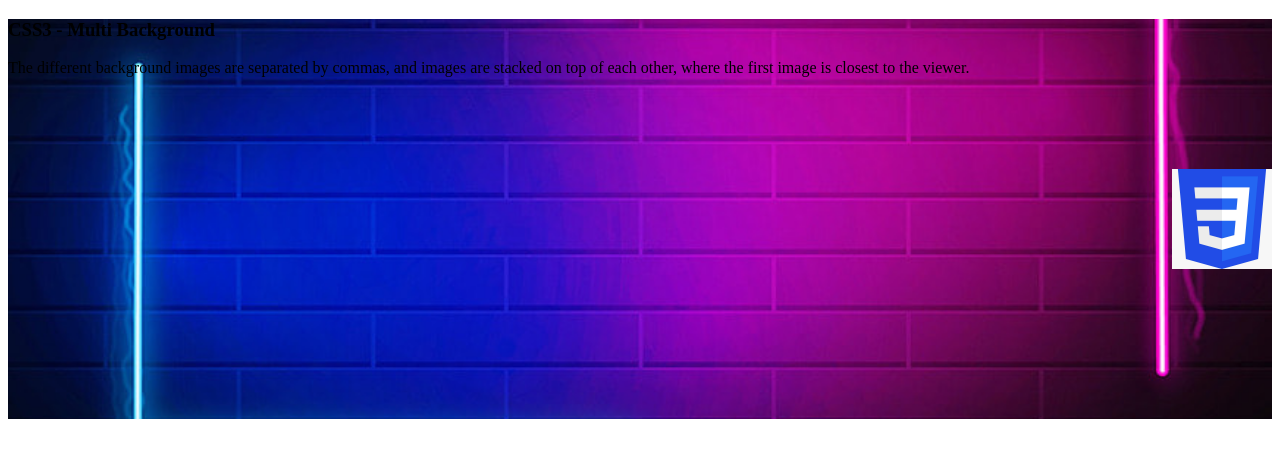
Repository: Pema-yangki/Css
Page: fed.html
An editor plug-in stored every save of this project. The page is shown before and after a run of saves, followed by the edit.
The browser window is 1280 px wide. The pictures show the whole page.

Above is the page before, as saved 2024-03-22 10:42:19.

### fed.html
<!-- <!DOCTYPE html>
<html lang="en">
<head>
    <meta charset="UTF-8">
    <meta name="viewport" content="width=device-width, initial-scale=1.0">
    <title>Document</title>
    <style>
        h1[name="greetings"]{
            color: brown;
        }
        h1[name ="king"]{
            color:aqua
        }
        h1[name="okay"]{
            color:blueviolet
        }
    </style> -->
    <!-- <style>
        table{
            border: 1px solid black;
            /* border-collapse: separate; */
            border-spacing: 15px;

        }

        table, th, td{
            border: 1px solid black;
            /* border-collapse: collapse; */

        }
    </style>
</head>
<body> -->
   <!-- <h1 name = "greetings">hello</h1>
   <h1 name = "king" >hi</h1>
   <h1 name = "okay">bye</h1> -->
   <!-- <table>
    <tr>
        <th>Name</th>
        <th>College</th>
        <th>Specialization</th>
    </tr>
    <tr>
        <td>kinley</td>
        <td >GCIT</td>
        <td>Full stack</td>
    </tr>
    <tr>
        <td>Pema</td>
        <td>GCIT</td>
        <td>AI</td>
    </tr>
    <tr>
        <td>yangki</td>
        <td>GCIT</td>
        <td>Blockchain</td>
    </tr>
    </table> -->

    <!-- <table>
      <thead>
        table rows
      </thead>
      <tfoot>
        table rows
      </tfoot>
      <tbody>
        table rows
      </tbody>
    </table>
</body>
</html>  -->


<!-- time table -->
<!-- <!DOCTYPE html>
<html lang="en">
<head>
    <meta charset="UTF-8">
    <meta name="viewport" content="width=device-width, initial-scale=1.0">
    <title>Document</title>
    <style>
        table.programs{
            background: white;
            border: 15px outset rgb(250, 246, 246);
            border-collapse:collapse;
            font-family: 'Times New Roman', Times, serif;
            width: 100%;
        }
        table.programs tr{
            height: 25px;
        }
        table.programs th, table.programs td{
            border: 1px solid rgb(243, 235, 235);
            padding: 5px;
            vertical-align: top;
        }
        col.timeColumn {
            background: rgb(170, 144, 59);
            width: 10%;
        }
        col.wDayColumns {
            background: rgb(201, 123, 6);
        }
        col.wEndColumns {
        background: rgb(187, 172, 90);
        width: 17.5%;
        }
        table.programs caption {
        caption-side: bottom;
        text-align: center;
        }
        table.programs thead{
        color:white;
        background-color: rgb(177, 112, 16);
        }
        table.programs thead th:first-of-type{
        color:white;
        background-color: rgb(174, 184, 38);
        }
table.programs thead th:nth-of-type(7),
table.programs thead th:nth-of-type(8) {
color:white;
background-color: rgb(153, 125, 0);
}
table.programs tfoot{
color:white;
background-color: black;
}



        </style>
</head>

<body>
    <table class="programs">
        <caption>full stack daily shedule</caption>
        <colgroup>
        <col class="timeColumn">
        <col class="wDayColumns" span="5">
        <col class="wEndColumns" span="2">
        </colgroup>
        <thead>
            <tr>
                <th>Time</th>
                <th>Mon</th>
                <th>Tue</th>
                <th>Wed</th>
                <th>Thu</th>
                <th>Fri</th>
                <th>Sat</th>
                <th>Sun</th>
            </tr>
        </thead>

        <tfoot>
            <tr>
                <td colspan="8">
                    GCIT Full Stack Program daily shedule ends its activities at 9:30
                </td>
            </tr>
        </tfoot>
        <tbody>
            <tr>
                <th>5:30 Am</th>
                    <td rowspan="1" colspan="5">Good Morning/Lazy Morning</td>
                    <td rowspan="4" colspan="1">Slow Weekends</td>
                    <td rowspan="2" colspan="1">Sunday Morning</td>

            </tr>
            <tr>
                <th>5:30 AM </th>
                    <td rowspan="3" colspan="5">Start Your Engine!</td>

            </tr>
            <tr>
                <th>6:00 AM </th>
                    <td rowspan="2" colspan="1">Weekend Yoga</td>

            </tr>
            <tr>
                <th>6:30 AM  </th>
            </tr>
            <tr>
                <th>7:00 AM  </th>
                    <td rowspan="1" colspan="5">Breakfast News</td>
                    <td rowspan="2" colspan="1">Weekend Yoga</td>
                    <td rowspan="2" colspan="1">Advanced Pilate</td>

            </tr>
            <tr>
                <th>7:30 AM </th>
                    <td rowspan="1" colspan="5">General Cleaning</td>

            </tr>
            <tr>
                <th>8:00 AM </th>
                    <td rowspan="4" colspan="5">Designing Layout</td>
                    <td rowspan="3" colspan="1">Testing</td>
                    <td rowspan="4" colspan="1">Case Study</td>

            </tr>
            <tr>
                <th>8:30 AM </th>
            </tr>
            <tr>
                <th>9:00 AM </th>
            </tr>
            <tr>
                <th>9:30 AM</th>
                    <td rowspan="3" colspan="1">Weight Yoga</td>

            </tr>
            <tr>
                <th>10:00 AM</th>
                    <td rowspan="4" colspan="5">Coding</td>
                    <td rowspan="1" colspan="1">Play time</td>

            </tr>
            <tr>
                <th>10:30 AM  </th>
                    <td rowspan="1" colspan="1">Brain Spa</td>

            </tr>
            <tr>
                <th>11:00 AM</th>
                <td rowspan="3" colspan="1">Outdoor Games</td>
                <td rowspan="1" colspan="1">The Meditative Mind</td>
                </tr>


            <tr>
                <th>11:30 AM </th>
                <td rowspan="1" colspan="1">Stretches</td>

            </tr>
            <tr>
                <th>12:00 PM   </th>
                <td rowspan="1" colspan="5">Lunch News</td>
                <td rowspan="1" colspan="1">Indoor Games</td>

            </tr>
        </tbody>
    </table>
</body>
</html> -->


<!DOCTYPE html>
<html lang="en">
<head>
    <meta charset="UTF-8">
    <meta name="viewport" content="width=device-width, initial-scale=1.0">
    <title>Document</title>
    <style>
        #background {
        background-image: url(feeeee.jpeg), url(cd.jpeg);
        background-position: right;
        background-repeat: no-repeat, repeat;
        background-size: 100px 100px, cover;
        colo
        }
        </style>
</head>
<body>
    <div id="background" style="height: 400px;">
        <h3>CSS3 - Multi Background</h3>
        <p>The different background images are separated by commas, and images are stacked on
        top of each other, where the first image is closest to the viewer.</p>
        </div>
</body>
</html>

After the next 2 saves:
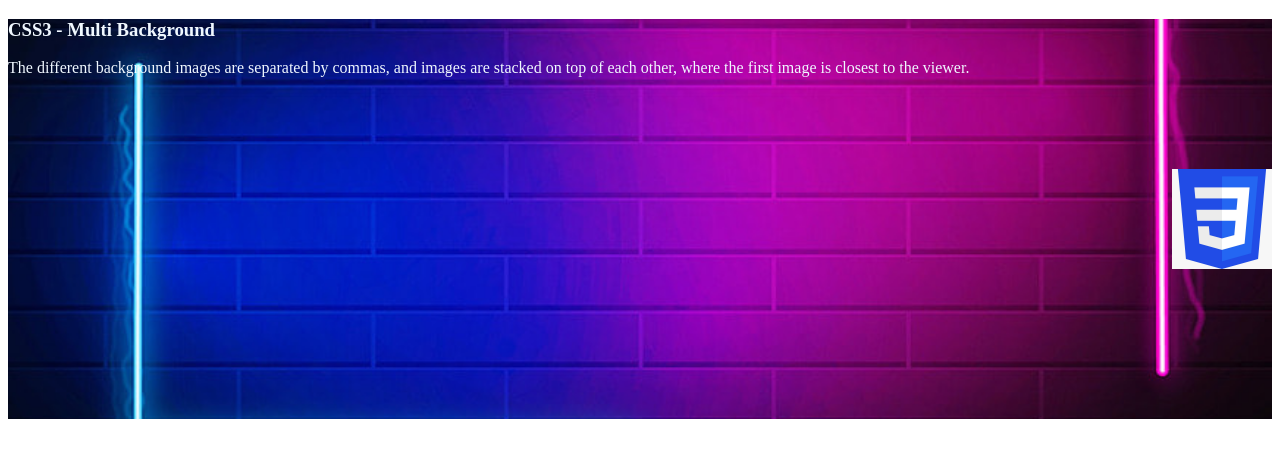
The 2 saves are shown as one change because they came seconds apart.
The last was saved 7 s later.
--- a/fed.html
+++ b/fed.html
@@ -259,7 +259,7 @@ background-color: black;
         background-position: right;
         background-repeat: no-repeat, repeat;
         background-size: 100px 100px, cover;
-        colo
+        color: aliceblue;
         }
         </style>
 </head>
